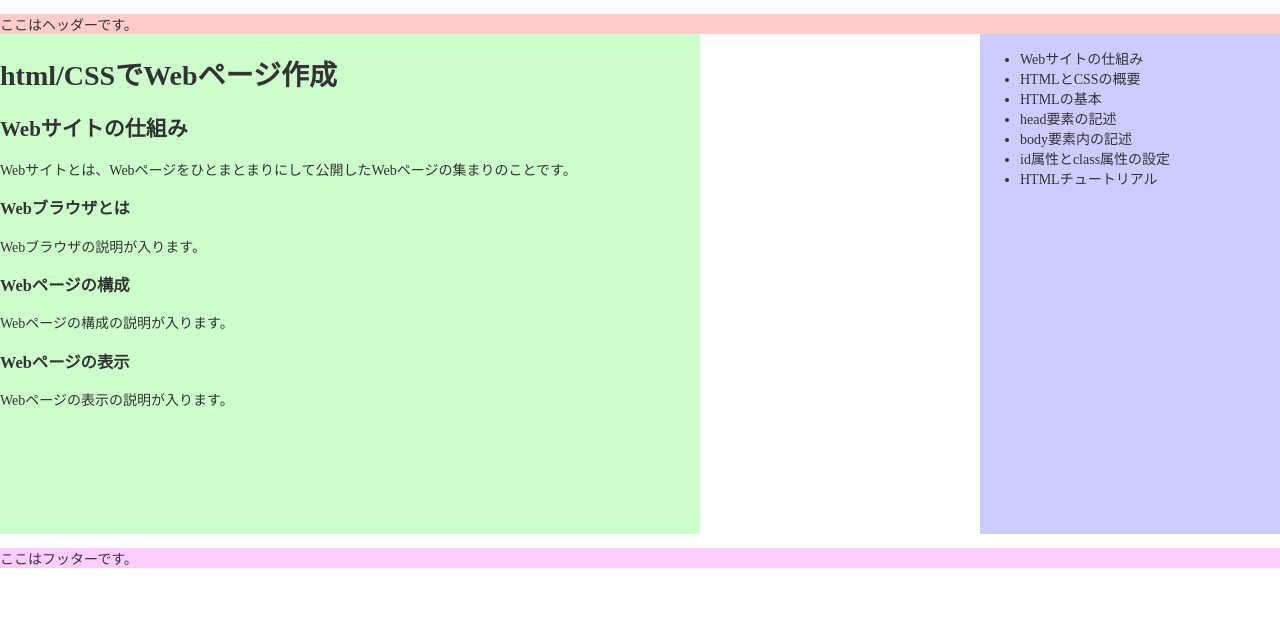
Repository: ichiro-fujii/kadai-commit
Page: lesson-htmlcss/kadai-html.html
The author's editor kept a record of every edit. The page is drawn from the files as they stood at one moment, then again after the next edit.
The browser window is 1280 px wide. The pictures show the whole page.

Above is the page before.

### lesson-htmlcss/kadai-html.html
<!DOCTYPE html>
<html lang="ja">
    <head>
        <meta charset="UTF-8">
        <title>HTML/CSSでＷｅｂページ作成</title>
        <link rel="stylesheet" href="kadai-css.css">
    </head>
    <body>
        <!--ここからヘッダー-->
        <header>
            <p>ここはヘッダーです。</p>
        </header>
        <!--wrapperはなぜ入れるのですか-->
        <div id="wrapper">
        <div id="main">
            <h1>html/CSSでWebページ作成</h1>
            <h2>Webサイトの仕組み</h2>
            <p>Webサイトとは、Webページをひとまとまりにして公開したWebページの集まりのことです。</p>
            <h3>Webブラウザとは</h3>
            <p>Webブラウザの説明が入ります。</p>
            <h3>Webページの構成</h3>
            <p>Webページの構成の説明が入ります。</p>
            <h3>Webページの表示</h3>
            <p>Webページの表示の説明が入ります。</p>
            </div>
            <nav id="menu">
                <ul>
                    <li>Webサイトの仕組み</li>
                    <li>HTMLとCSSの概要</li>
                    <li>HTMLの基本</li>
                    <li>head要素の記述</li>
                    <li>body要素内の記述</li>
                    <li>id属性とclass属性の設定</li>
                    <li>HTMLチュートリアル</li>
                </ul>
            </nav>
            </div>
            <footer>
            <p>ここはフッターです。</p>
        </footer>


    </body>
</html>

### lesson-htmlcss/kadai-css.css
@charset "UTF-8";
/*チャプター：全体の設定*/
body {

    margin: 0;
    padding: 0;
    color: #333;
    font-size: 14px;
}
header {
    height: 20px;
    background-color:#ffcccc;
    }
#wrapper {
    display: flex;
    justify-content:space-between;
}
#main {
    float: left;
    width: 700px;
    height: 500px;
    background-color: #ccffcc;
}
#menu {
    float: right;
    width: 300px;
    height: 500px;
    background-color: #ccccff;
}
footer {
    height: 20px;
    background-color: #ffccff;
}

After the next edit:
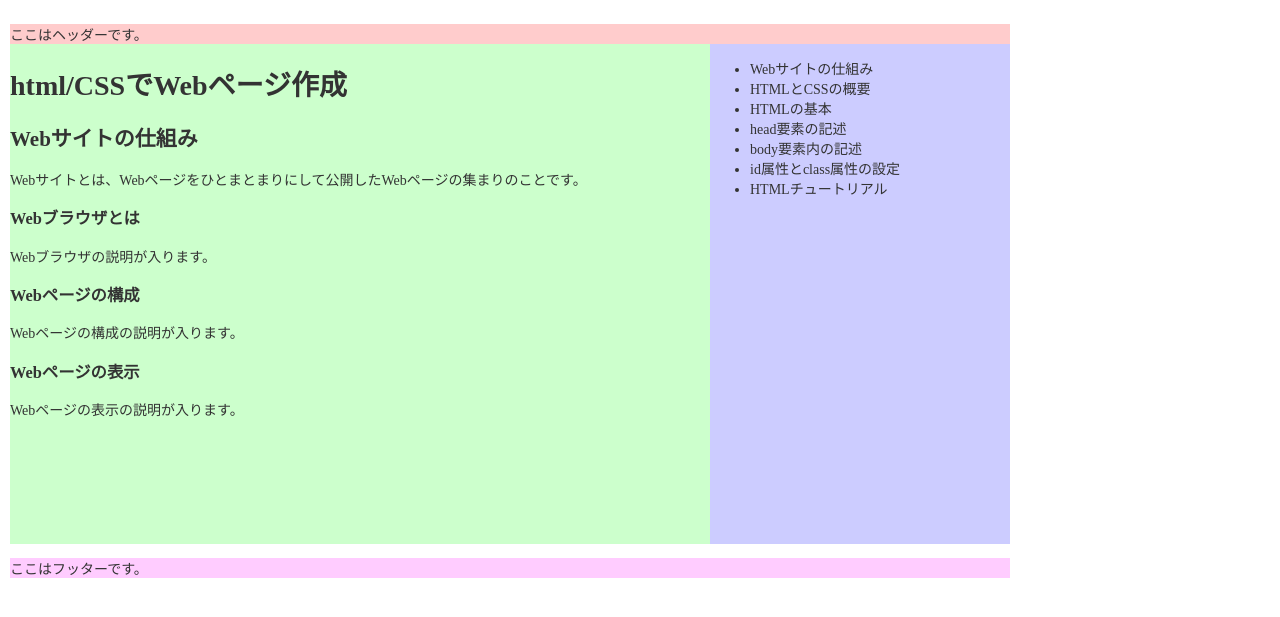
The edit:
--- a/lesson-htmlcss/kadai-css.css
+++ b/lesson-htmlcss/kadai-css.css
@@ -3,7 +3,9 @@
 body {
 
     margin: 0;
-    padding: 0;
+    padding: 10px;
+    width: 1000px;
+    height:600px;
     color: #333;
     font-size: 14px;
 }
